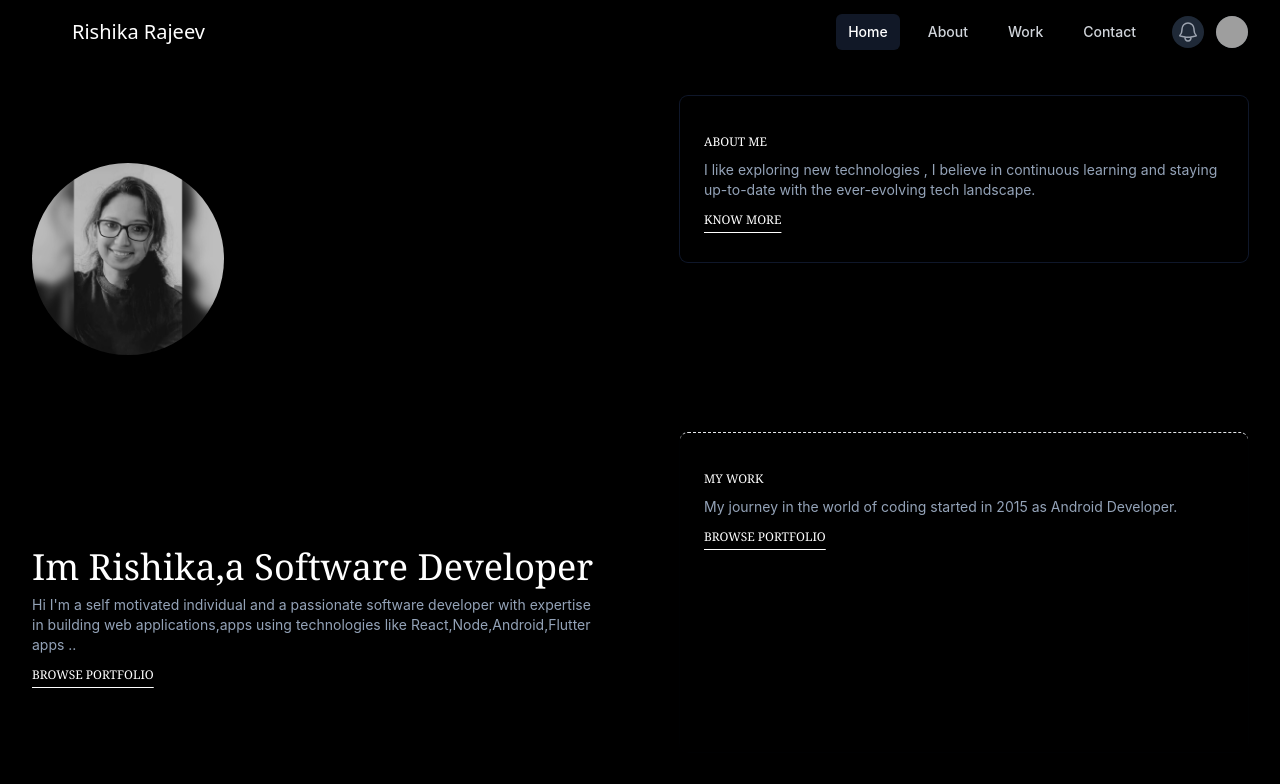
Repository: rishikarajeev/portfolio_rishika
Page: /
These files come from the project's save history. The page is drawn as it stood at one moment and after the next save; the edit follows.
The browser window is 1280 px wide. The pictures show the whole page.
Pictures or frames that could not be fetched are drawn as grey boxes. The project was rebuilt for these pictures with package versions that can differ from the ones it lists, and the page was loaded fresh each time. Also part of the build but not shown: src/Pages/About.jsx, src/Pages/Contact.jsx, src/Components/Work.jsx, src/Components/Project.jsx, src/Pages/Mywork.jsx.

Above is the page before, as saved 2023-10-23 18:44:01.

After the next save:
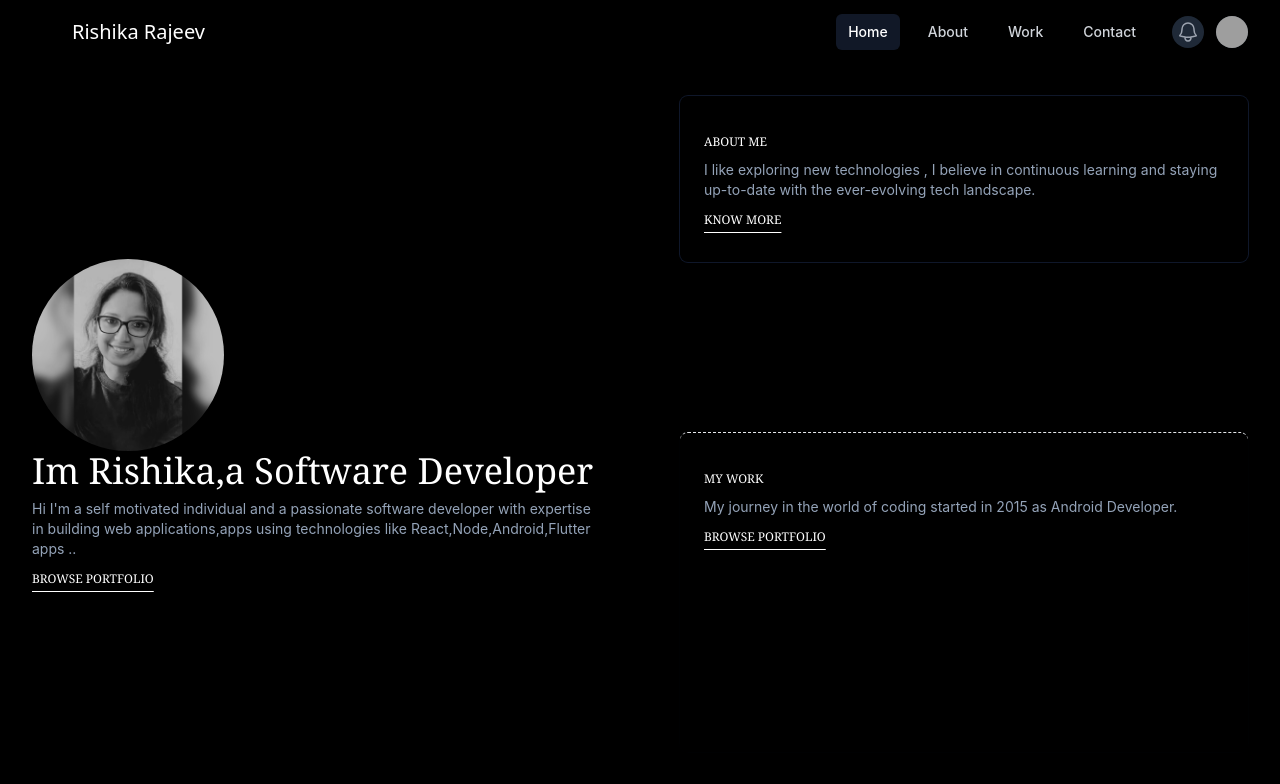
Saved 26 s later.
--- a/src/Pages/Home.jsx
+++ b/src/Pages/Home.jsx
@@ -11,7 +11,7 @@ function Home() {
     <div class="grid grid-cols-1 md:grid-cols-2 h-screen dark md:bg-black gap-4  ">
       <div class="grid grid-cols-1 justify-center items-center m-8 ">
         <div class="md:w-full dark:bg-black rounded-lg   shadow-xl  ">
-          <div class=" md:grid md:grid-rows-2  ">
+          <div class=" md:grid md:grid-rows-1  ">
             <div class="">
               <img
                 class="h-48 w-full object-cover md:h-full md:w-48 rounded-full bg-gray-800 text-sm focus:outline-none focus:ring-2"
